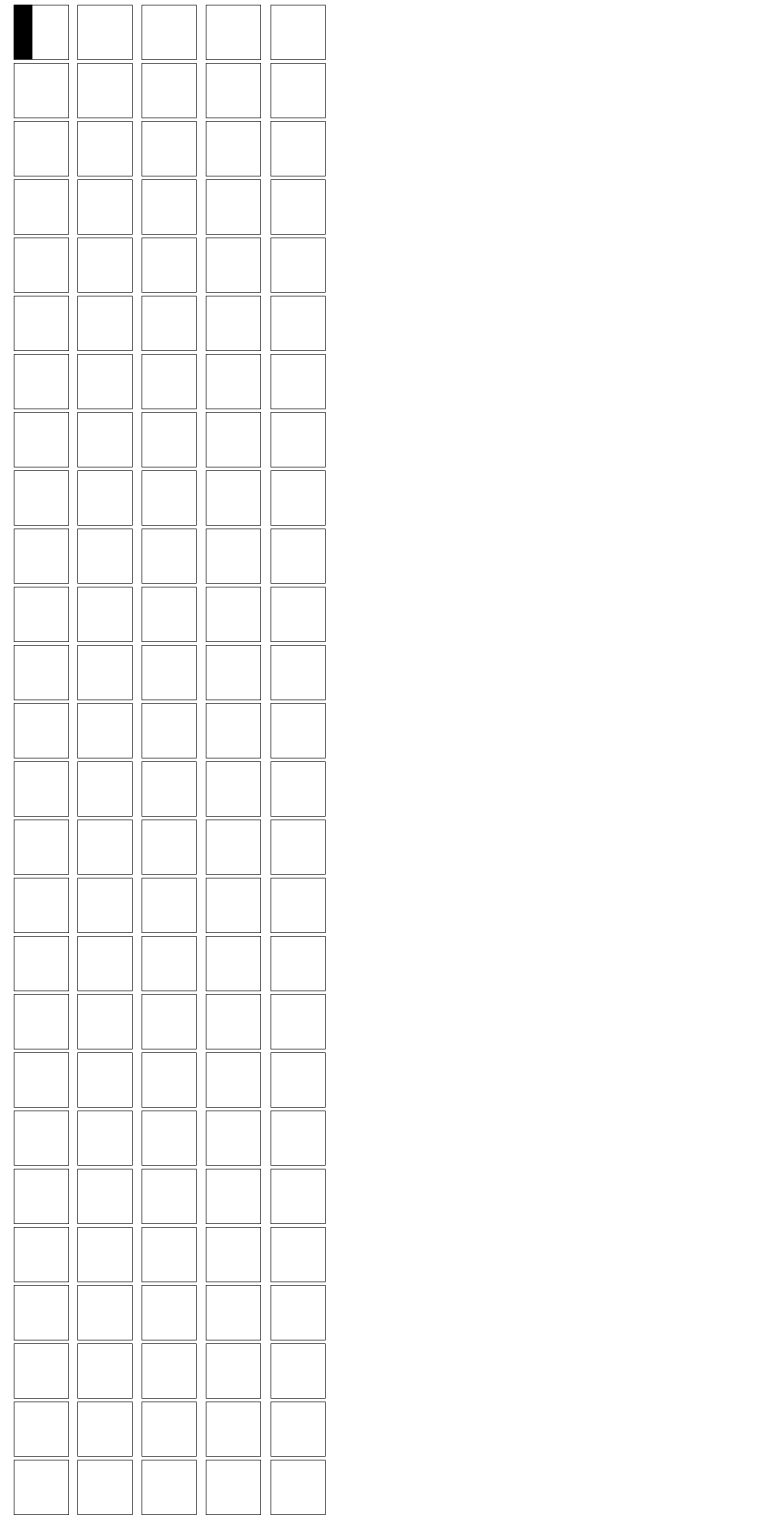
Repository: bradk647/bradk647.github.io
Page: typeface.html
The author's editor kept a record of every edit. The page is drawn from the files as they stood at one moment, then again after the next edit.
The browser window is 1280 px wide. The pictures show the whole page, at 60% of full size.

Above is the page before.

After the next edit:
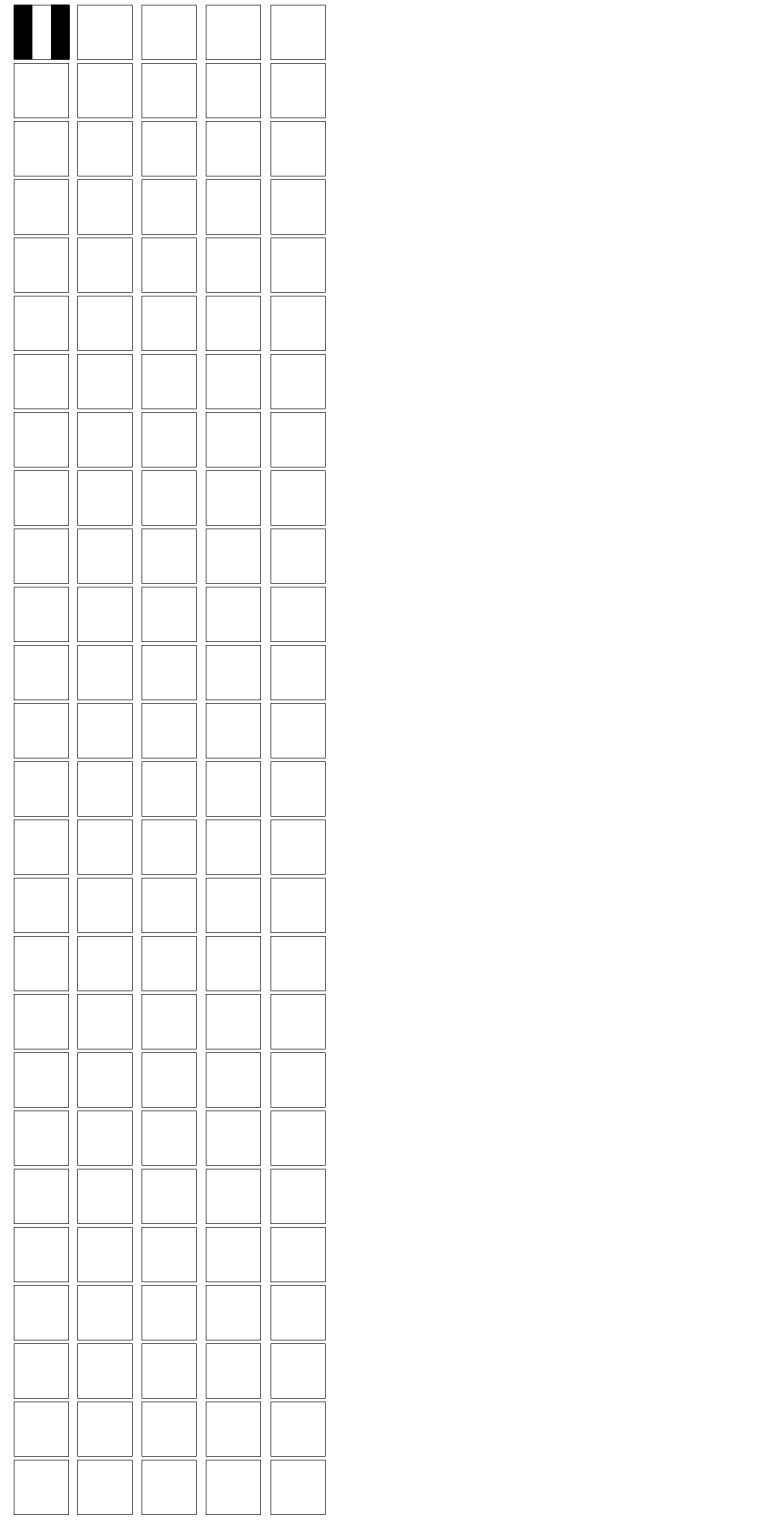
The edit:
--- a/typeface.html
+++ b/typeface.html
@@ -9,7 +9,7 @@
     </head>
     <body>
 
-        <div class="piece1"></div>
+        <div class="piece1"></div><div class="piece1a"></div><div class="piece1b"></div><div class="piece1c"></div>
         <div class="piece2"></div>
         <div class="piece3"></div>
 
